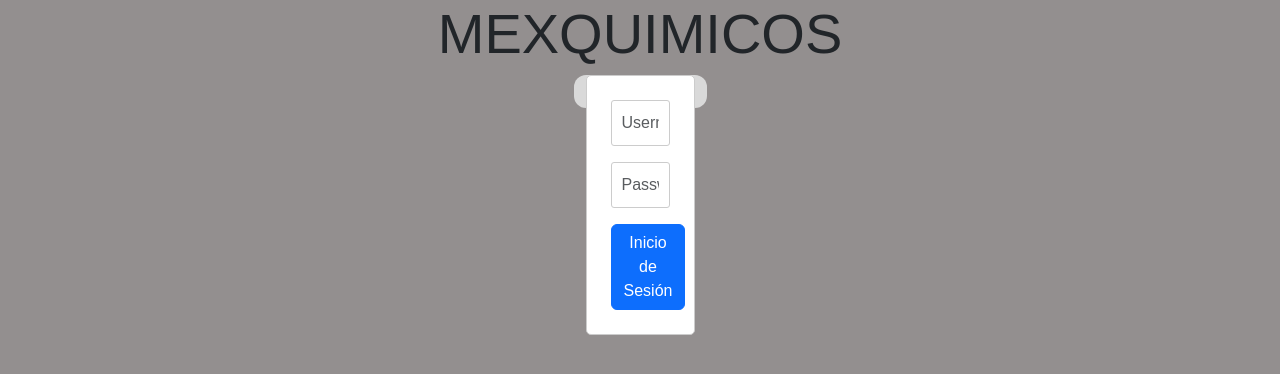
Repository: iDiv3r/MexiQuimicosIsay
Page: Index.html
These files come from the project's save history. The page is drawn as it stood at one moment and after the next save; the edit follows.
The browser window is 1280 px wide. The pictures show the whole page.

Above is the page before, as saved 2023-11-25 00:13:24.

After the next save:
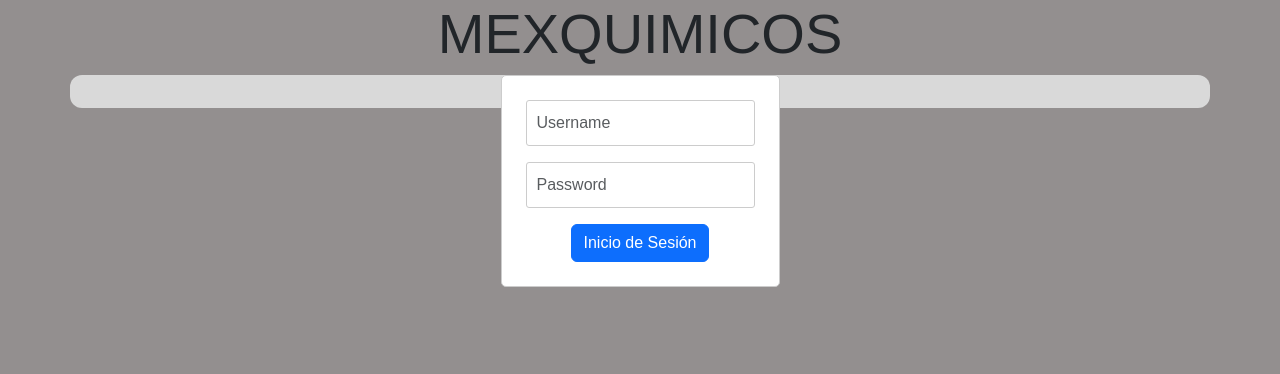
Saved 10 s later.
--- a/Index.html
+++ b/Index.html
@@ -51,7 +51,7 @@
 <body>
   <h1 class="display-4 text-align-absolute text-dark">MEXQUIMICOS</h1>
 
-  <div class="container text-center fixed" style="width: 133px; height: 33px; background: #D9D9D9; border-radius: 12px">
+  <div class="container text-center fixed" style=" fixed width: 133px; height: 33px; background: #D9D9D9; border-radius: 12px">
     <div class="row justify-content-md-center">
       <div class="col-md-auto fixed">
   <form class="p-4">

After the save that followed:
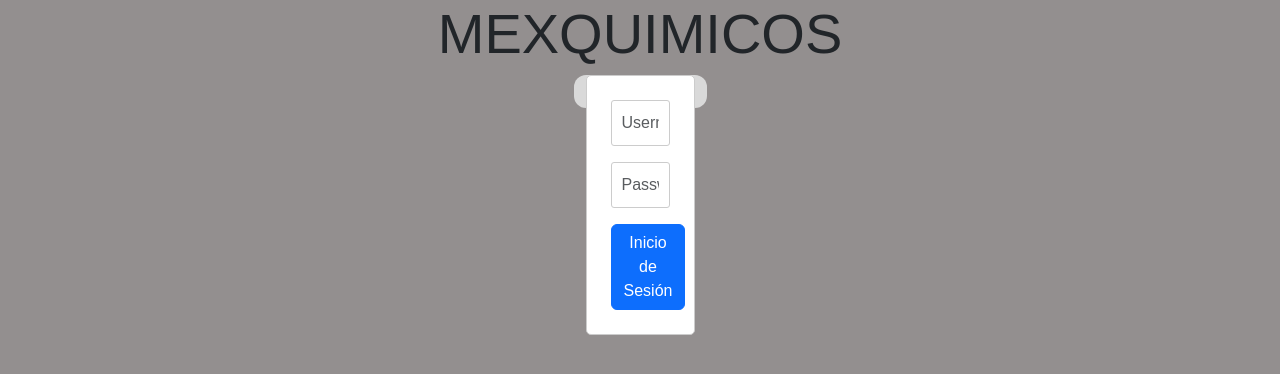
Saved 8 s later.
--- a/Index.html
+++ b/Index.html
@@ -51,7 +51,7 @@
 <body>
   <h1 class="display-4 text-align-absolute text-dark">MEXQUIMICOS</h1>
 
-  <div class="container text-center fixed" style=" fixed width: 133px; height: 33px; background: #D9D9D9; border-radius: 12px">
+  <div class="container text-center fixed" style=" width: 133px; height: 33px; background: #D9D9D9; border-radius: 12px">
     <div class="row justify-content-md-center">
       <div class="col-md-auto fixed">
   <form class="p-4">
